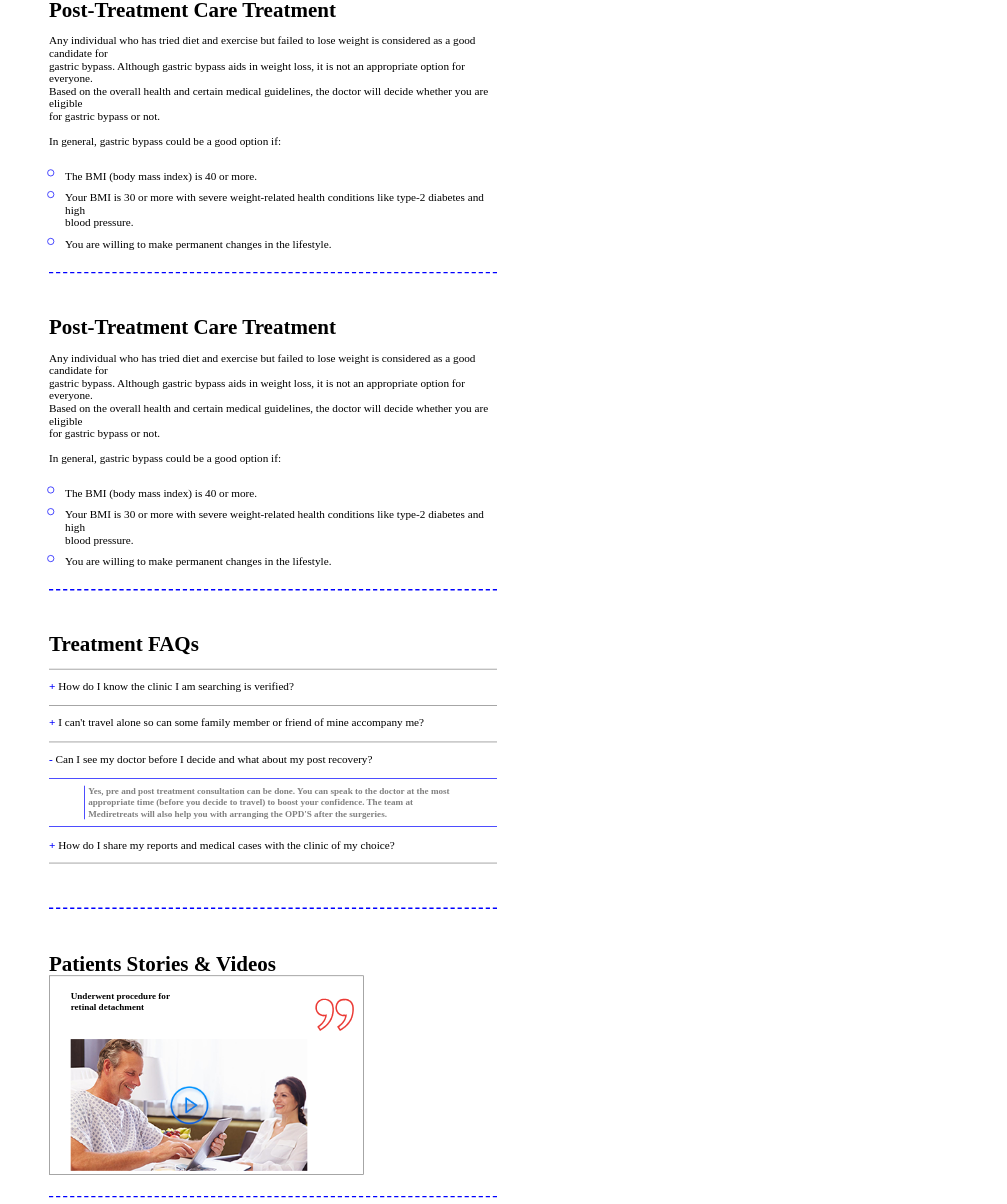
Repository: hetuk2005/webDevelopment
Page: Projects/Aafiya.html
These files come from the project's save history. The page is drawn as it stood at one moment and after the next save; the edit follows.
The browser window is 1280 px wide. The page is 1438 px wide, so the pictures cover 1438 px, including what lies to the right of the window. The pictures show the part of the page from y = 2759 to 4479 px (the page is 4479 px tall), at 70% of full size.

Above is the page before, as saved 2025-04-08 10:38:31.

After the next save:
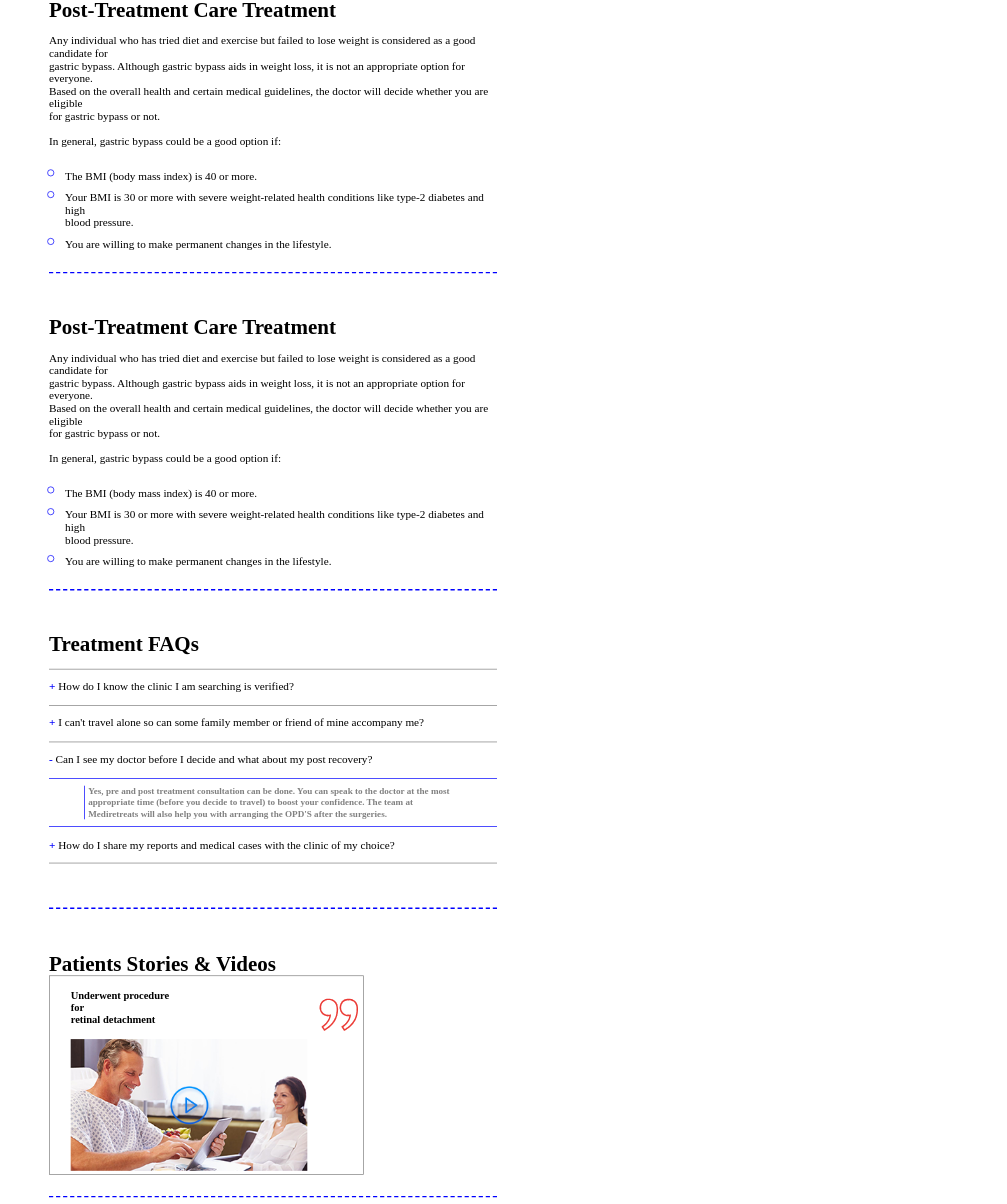
Saved 12 s later.
--- a/Projects/CSS/Aafiya.css
+++ b/Projects/CSS/Aafiya.css
@@ -518,7 +518,8 @@ span {
 
 .patient_stories>.stories_img>.text1 {
     display: flex;
-    font-size: small;
+    font-size: 15px;
+    font-weight: bold;
     /* gap: 20px; */
     /* margin-top: 50px; */
 }
